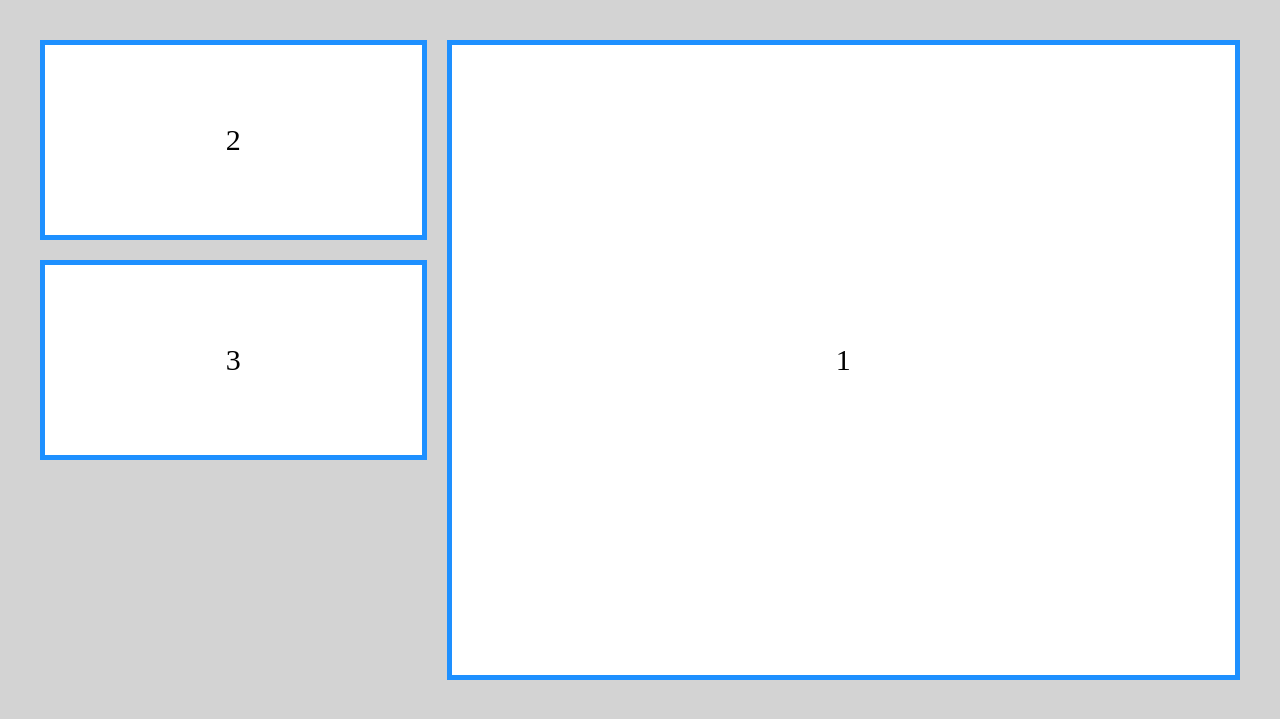
Repository: eversonps/flexbox-grid-css
Page: grid/cssgrid2.html
An editor plug-in stored every save of this project. The page is shown before and after the next save, followed by the edit.
The browser window is 1280 px wide. The pictures show the whole page.

Above is the page before, as saved 2022-03-23 16:49:27.

After the next save:
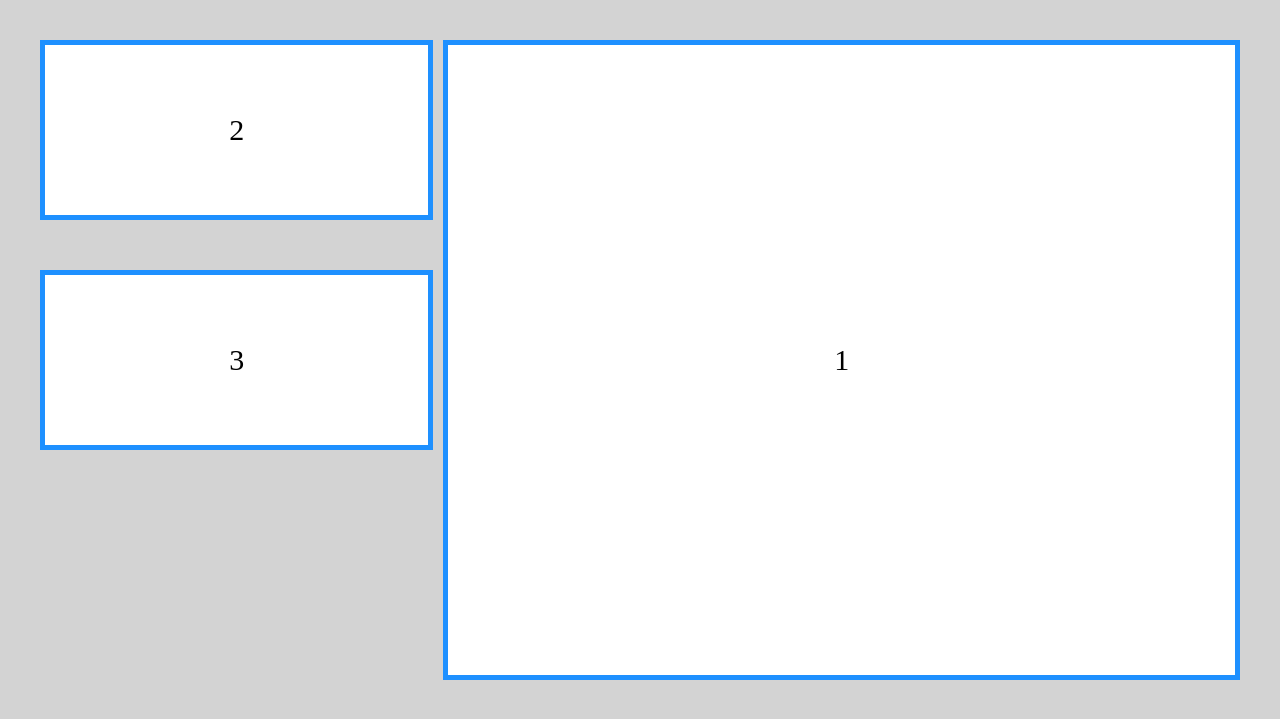
Saved 37 s later.
--- a/grid/cssgrid2.html
+++ b/grid/cssgrid2.html
@@ -30,6 +30,7 @@
 
             grid-column-gap: 20px;
             grid-row-gap: 20px;
+            grid-gap: 50px 10px;
         }
 
         .d1{
